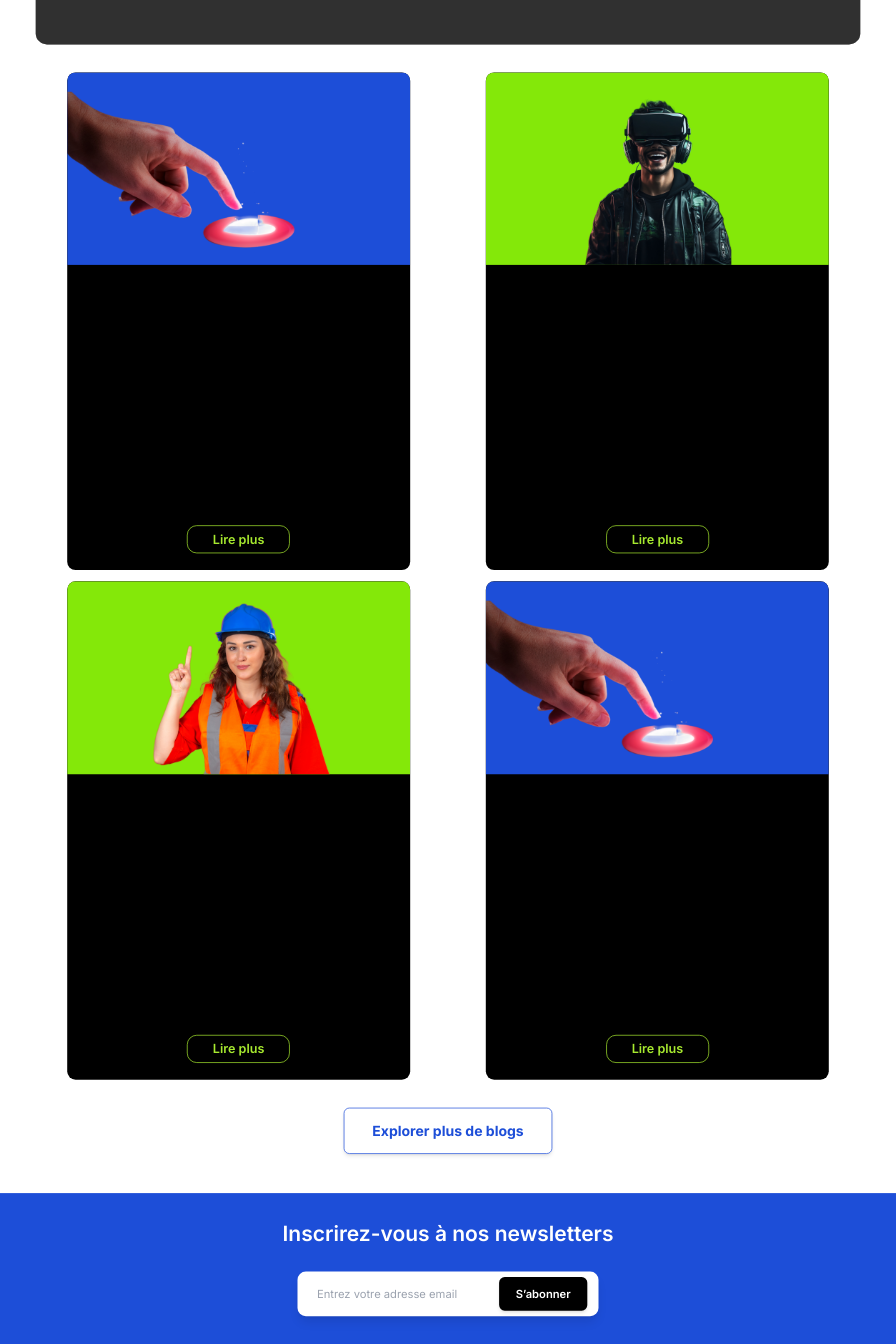
Repository: NassimeElkamari/test
Page: /blogs
The author's editor kept a copy of each file at every save. The page is drawn from the files as they stood at one save, then again after the next save.
The browser window is 1280 px wide. The pictures show the part of the page from y = 589 to 2509 px (the page is 2509 px tall before and 2497 px after), at 70% of full size.
Pictures or frames that could not be fetched are drawn as grey boxes. The project was rebuilt for these pictures with package versions that can differ from the ones it lists, and the page was loaded fresh each time. The framework's server and built-in components were replaced by stand-ins that run in the browser. Also part of the build but not shown: next.config.mjs.

Above is the page before, as saved 2024-06-12 16:19:58.

### src/app/blogs/page.tsx
import Image from 'next/image';
import React from 'react';
import { MdDateRange } from "react-icons/md";
import BlogCard from '../../components/BlogCard';
import { cardData } from '../../data/cardData';

const Blog = () => {
  return (
    <div className='bg-white'>
      <div className='flex justify-center'>
        <h1 className="text-4xl font-bold text-center">Blog</h1>
      </div>
      <div className="relative w-[92vw] h-[85vh] mx-auto overflow-hidden bg-black pt-5 pl-8 flex flex-col justify-start rounded-2xl">
        <Image
          src="/bgImage.jpg"
          layout="fill"
          objectFit="cover"
          objectPosition="top"
          quality={100}
          alt="Background Image"
          className="opacity-30 bg-black"
        />
        <div className="absolute inset-0 flex flex-col justify-center text-white mt-[6%] p-4 pl-8">
          <h1 className="text-[52px] font-semibold mb-4">
            Ouvrez les portes de la connaissance <br /> avec nos Blogs stimulants
          </h1>
          <p className="text-[17px] mb-8">
            Découvrez les dernières actualités de 2peerfect dans une multitude de domaines passionnants. <br />Plongez-vous dans nos articles pour rester à jour sur les tendances les plus récentes en technologie, <br /> santé mentale, Design, Business, et bien plus encore. Avec une expertise diversifiée et des perspectives variées,<br /> 2peerfect vous offre un aperçu complet et captivant des développements les plus récents à travers différents secteurs.<br /> Ne manquez rien de ce qui se passe dans le monde, suivez 2peerfect pour rester informé et inspiré.
          </p>
          <div className="flex flex-wrap justify-between space-x-4 w-[80%]">
            <div className="bg-transparent rounded-lg shadow-md w-[15%] h-10 mb-4 border border-[#A7E92F] flex items-center justify-center">
              <h2 className="text-lg font-semibold text-center">Marketing</h2>
            </div>
            <div className="bg-transparent rounded-lg shadow-md w-[15%] h-10 mb-4 border border-[#A7E92F] flex items-center justify-center">
              <h2 className="text-lg font-semibold text-center">Design</h2>
            </div>
            <div className="bg-transparent rounded-lg shadow-md w-[15%] h-10 mb-4 border border-[#A7E92F] flex items-center justify-center">
              <h2 className="text-lg font-semibold text-center">Business</h2>
            </div>
            <div className="bg-transparent rounded-lg shadow-md w-[15%] h-10 mb-4 border border-[#A7E92F] flex items-center justify-center">
              <h2 className="text-lg font-semibold text-center">IT</h2>
            </div>
            <div className="bg-transparent rounded-lg shadow-md w-[15%] text-center h-10 mb-4 border border-[#A7E92F] flex items-center justify-center">
              <h2 className="text-lg font-semibold">Psychologie</h2>
            </div>
            {/* Add more cards as needed */}
          </div>
        </div>
      </div>
      <div className='second-section w-[85vw] mx-auto mt-10 flex justify-center'>
        <div className="flex flex-wrap gap-4 justify-between ">
          {cardData.map((card) => (
            <BlogCard
              key={card.id}
              imageSrc={card.imageSrc}
              title={card.title}
              description={card.description}
              date={card.date}
              color={card.background}
            />
          ))}
        </div>
      </div>
      <div className="flex justify-center mt-10">
        <button className=" text-white rounded-lg shadow-md  text-center mx-10 my-4 px-10 py-8 h-10 border border-[#1D4ED8] flex items-center justify-center">
          <h2 className="text-xl font-bold text-[#1D4ED8]">Explorer plus de blogs </h2>
        </button>
      </div>
      <div className="bg-[#1D4ED8] py-10 mt-10 flex flex-col items-center justify-center">
        <h2 className="text-3xl font-semibold text-white mb-4">Inscrirez-vous à nos newsletters</h2>
        <div className="bg-white px-4 py-2 rounded-xl shadow-lg flex flex-col items-center sm:flex-row mt-5">
          <input
            type="email"
            placeholder="Entrez votre adresse email"
            className="w-64 p-3 mb-4 sm:mb-0 sm:mr-4 rounded-lg focus:outline-none"
          />
          <button className="bg-black text-white font-semibold py-3 px-6 rounded-lg shadow-md ">
          S’abonner
          </button>
        </div>
      </div>
    </div>
  );
};

export default Blog;

### src/components/BlogCard.tsx
import Image from 'next/image'
import React from 'react'
import { MdDateRange } from "react-icons/md";


const BlogCard = ({ imageSrc, title, description, date , color}) => {
  return (
    <div className='w-[45%] h-[50%] bg-black rounded-xl flex flex-col'>
    <div className="w-[100%] h-2/5 relative">
        <Image
        src={imageSrc}
        layout='responsive'
        height={100}
        width={100}
        alt="Card Image"
        className="w-full h-full rounded-t-xl "
        style={{backgroundColor: `${color}`}}
        />
    </div>
    <div className="pt-14 flex justify-center items-center flex-col px-5">
        <h1 className="text-[32px] font-semibold">{title}</h1>
        <p className="text-md mt-5">{description}</p>
    </div>
    <div className="flex items-center justify-end mt-10 mr-2">
        <MdDateRange width={70} height={70} className='mr-4'/>
        <p className="mr-2">{date}</p>
    </div>
    <div className="flex justify-center mt-8 mb-6"> {/* Added justify-center class */}
        <button className="bg-black rounded-[14px] shadow-md w-[30%] text-center h-10 border border-[#A7E92F] flex items-center justify-center">
        <h2 className="text-lg font-semibold text-[#A7E92F]">Lire plus</h2> {/* Added text-white class */}
        </button>
    </div>
    </div>
  )
}

export default BlogCard

### src/data/cardData.js
export const cardData = [
  {
    id: 1,
    imageSrc: "/card11.png",
    title: "L'impact des médias sociaux sur la santé mental",
    description: "Discuter de la façon dont les likes, les commentaires et les partages peuvent devenir une mesure de notre valeur personnelle, et comment cela peut affecter notre estime de soi et notre bien-être émotionnel...",
    date: "11 Décembre 2023",
    background: '#1D4ED8' // Background color for the first card
  },
  {
    id: 2,
    imageSrc: "/card22.png",
    title: "L’inovation technologique dans l’éducation",
    description: "Reconnaître les défis liés à l'intégration de la technologie dans l'éducation, tels que l'accès inégal aux ressources technologiques et les préoccupations concernant la dépendance excessive à la technologie...",
    date: "11 Décembre 2023",
    background: '#84e809' // Background color for the second card
  },
  {
    id: 3,
    imageSrc: "/card33.png",
    title: "L’inovation technologique dans l’éducation",
    description: "Reconnaître les défis liés à l'intégration de la technologie dans l'éducation, tels que l'accès inégal aux ressources technologiques et les préoccupations concernant la dépendance excessive à la technologie...",
    date: "11 Décembre 2023",
    background: '#84e809' // Background color for the third card
  },
  {
    id: 4,
    imageSrc: "/card11.png",
    title: "L'impact des médias sociaux sur la santé mental",
    description: "Discuter de la façon dont les likes, les commentaires et les partages peuvent devenir une mesure de notre valeur personnelle, et comment cela peut affecter notre estime de soi et notre bien-être émotionnel...",
    date: "11 Décembre 2023",
    background: '#1D4ED8' // Background color for the fourth card
  },
];

Loaded but not shown: src/app/layout.tsx (common file); src/app/globals.css (common file); tailwind.config.ts (common file)

After the next save:
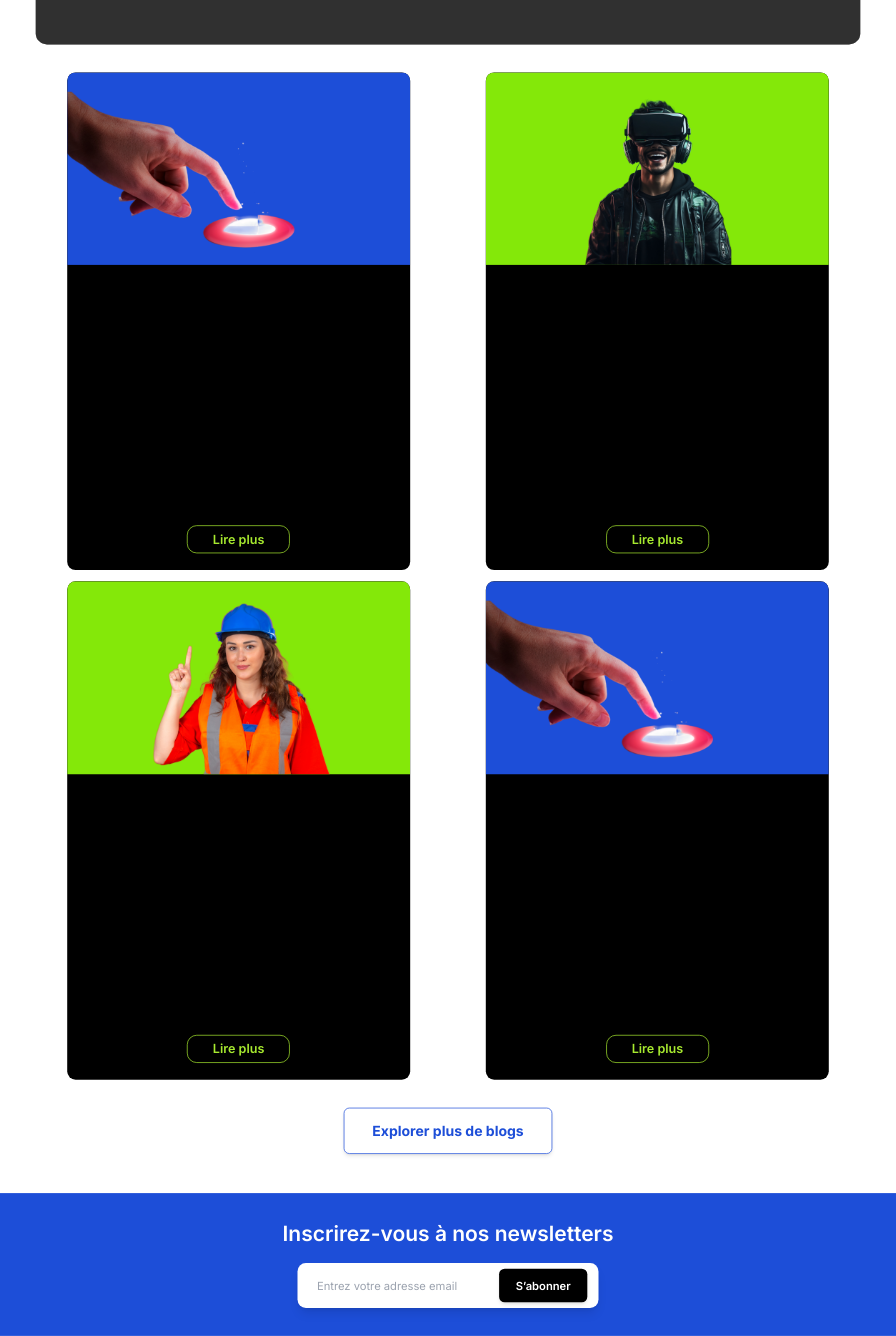
Saved 7 s later.
--- a/src/app/blogs/page.tsx
+++ b/src/app/blogs/page.tsx
@@ -68,7 +68,7 @@ const Blog = () => {
       </div>
       <div className="bg-[#1D4ED8] py-10 mt-10 flex flex-col items-center justify-center">
         <h2 className="text-3xl font-semibold text-white mb-4">Inscrirez-vous à nos newsletters</h2>
-        <div className="bg-white px-4 py-2 rounded-xl shadow-lg flex flex-col items-center sm:flex-row mt-5">
+        <div className="bg-white px-4 py-2 rounded-xl shadow-lg flex flex-col items-center sm:flex-row mt-2">
           <input
             type="email"
             placeholder="Entrez votre adresse email"
